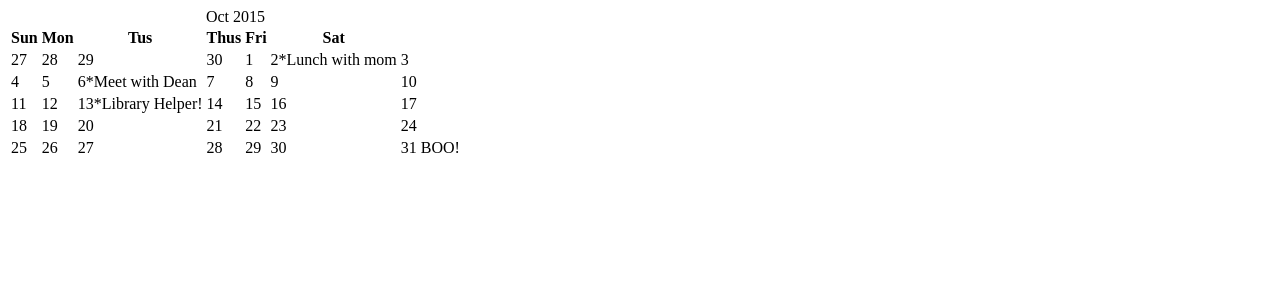
Repository: Tram-anh99/Blockchain_Funix
Page: CSS/lich.html
The author's editor kept a copy of each file at every save. The page is drawn from the files as they stood at one save, then again after a run of saves.
The browser window is 1280 px wide. The pictures show the whole page.

Above is the page before, as saved 2023-02-28 01:21:40.

After the next 2 saves:
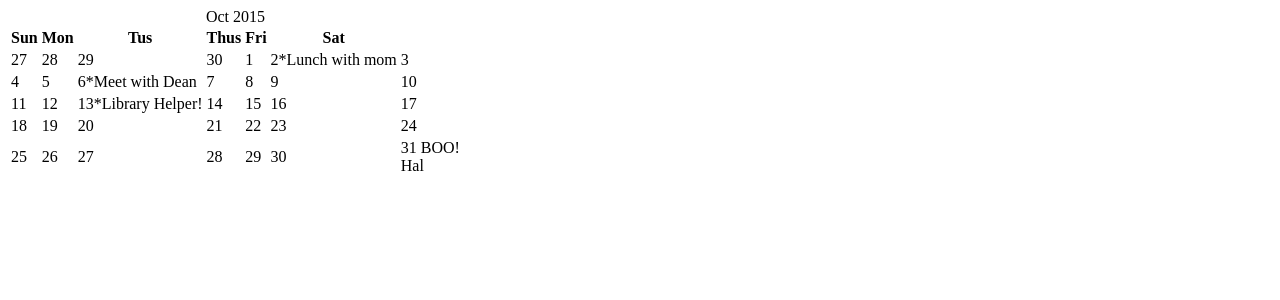
The 2 saves are shown as one change because they came seconds apart.
The last was saved 8 s later.
--- a/CSS/lich.html
+++ b/CSS/lich.html
@@ -69,7 +69,7 @@
             <td>28</td>
             <td>29</td>
             <td>30</td>
-            <td class="holiday">31 <span>BOO! <br/>
+            <td class="holiday">31 <span>BOO! <br/>Hal
             </span></td>
       </tr>
 </tbody>
